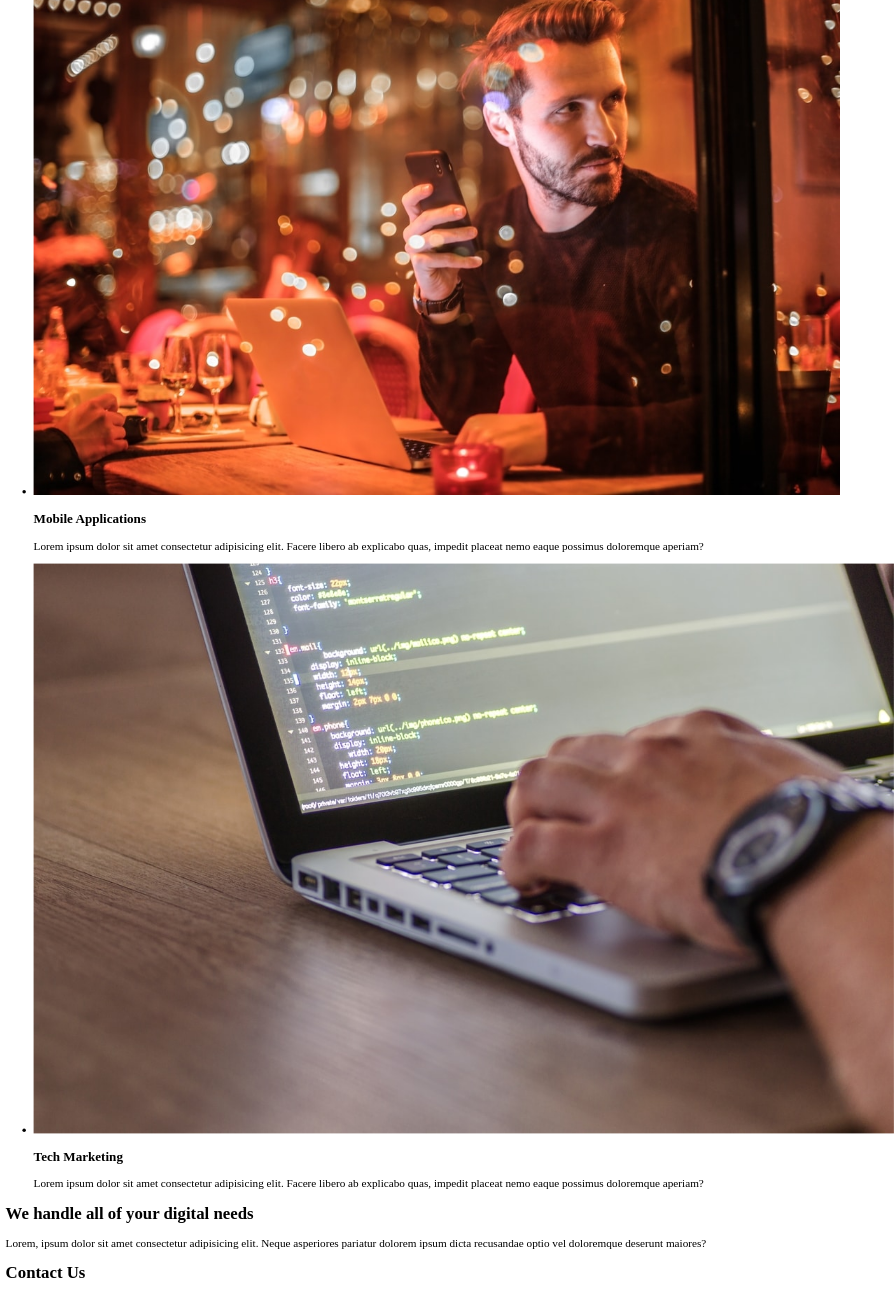
Repository: ErikBaer/MobileFirst
Page: index.html
An editor plug-in stored every save of this project. The page is shown before and after the next save, followed by the edit.
The browser window is 1280 px wide. The pictures show the part of the page from y = 1223 to 3143 px (the page is 3075 px tall before and 3143 px after), at 70% of full size.

Above is the page before, as saved 2020-02-15 02:30:30.

After the next save:
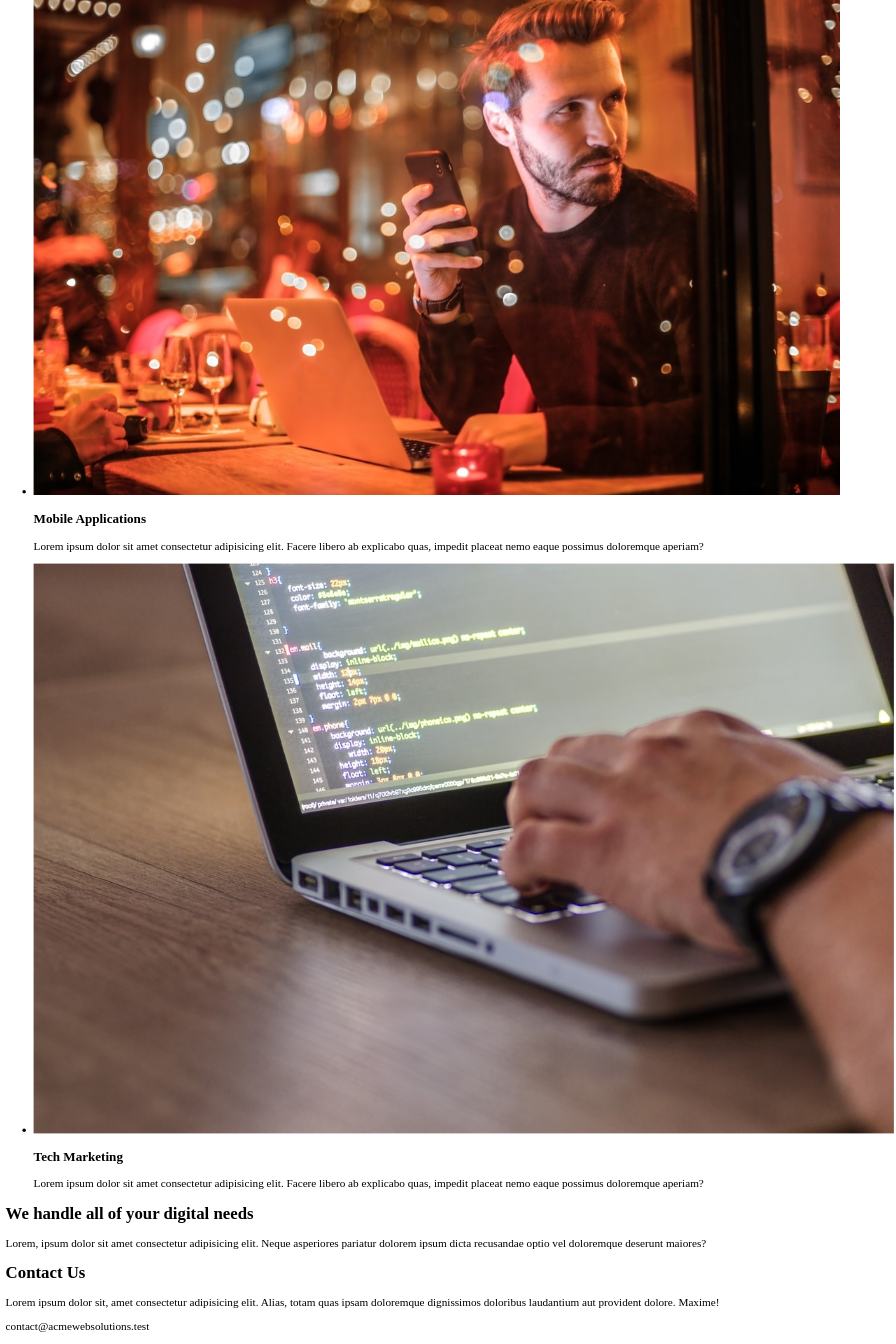
Saved 72 s later.
--- a/index.html
+++ b/index.html
@@ -93,6 +93,10 @@
     <section class="section-d grid">
         <div class="box">
             <h2 class="content-title">Contact Us</h2>
+            <p>Lorem ipsum dolor sit, amet consectetur adipisicing elit.
+                 Alias, totam quas ipsam doloremque dignissimos doloribus
+                 laudantium aut provident dolore. Maxime!</p>
+            <p>contact@acmewebsolutions.test</p>
         </div>
     </section>
 </main>
